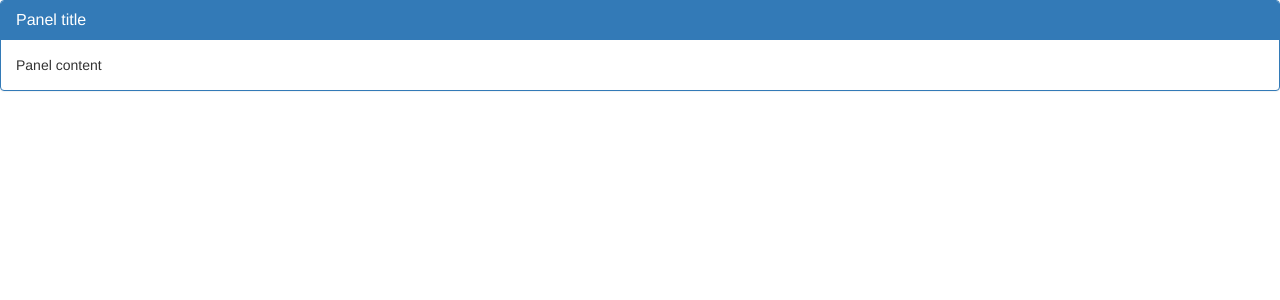
Repository: R1Deemo/ajax
Page: 图书管理.html
The author's editor kept a copy of each file at every save. The page is drawn from the files as they stood at one save, then again after the next save.
The browser window is 1280 px wide. The pictures show the whole page.

Above is the page before, as saved 2022-10-24 19:35:28.

### 图书管理.html
<!DOCTYPE html>
<html lang="en">

<head>
    <meta charset="UTF-8">
    <meta http-equiv="X-UA-Compatible" content="IE=edge">
    <meta name="viewport" content="width=device-width, initial-scale=1.0">
    <title>Document</title>
    <link rel="stylesheet" href="./lib/bootstrap.css">
    <script src="./lib/jquery.js"></script>

</head>

<body>

    <div class="panel panel-primary">
        <div class="panel-heading">
            <h3 class="panel-title">Panel title</h3>
        </div>
        <div class="panel-body">
            Panel content
        </div>
    </div>


</body>

</html>

Loaded but not shown: lib/bootstrap.css (library); lib/jquery.js (library)

After the next save:
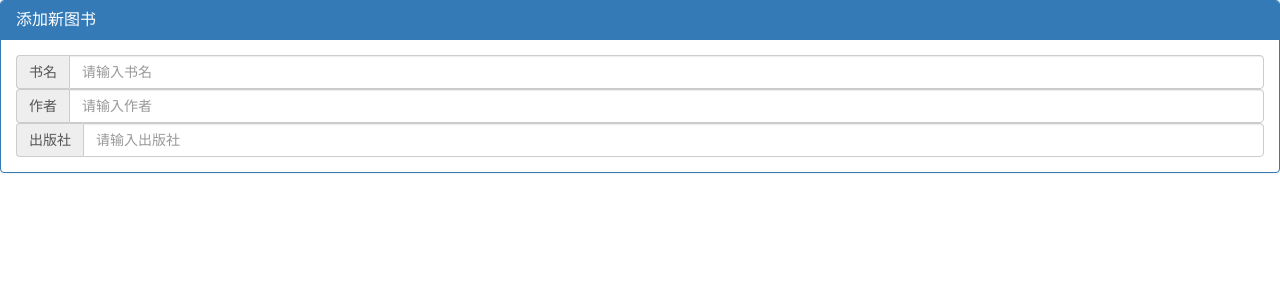
Saved 4 min 15 s later.
--- a/图书管理.html
+++ b/图书管理.html
@@ -15,10 +15,26 @@
 
     <div class="panel panel-primary">
         <div class="panel-heading">
-            <h3 class="panel-title">Panel title</h3>
+            <h3 class="panel-title">添加新图书</h3>
         </div>
         <div class="panel-body">
-            Panel content
+
+
+            <div class="input-group">
+                <div class="input-group-addon">书名</div>
+                <input type="text" class="form-control" id="exampleInputAmount" placeholder="请输入书名">
+            </div>
+            <div class="input-group">
+                <div class="input-group-addon">作者</div>
+                <input type="text" class="form-control" id="exampleInputAmount" placeholder="请输入作者">
+            </div>
+            <div class="input-group">
+                <div class="input-group-addon">出版社</div>
+                <input type="text" class="form-control" id="exampleInputAmount" placeholder="请输入出版社">
+            </div>
+
+
+
         </div>
     </div>
 
